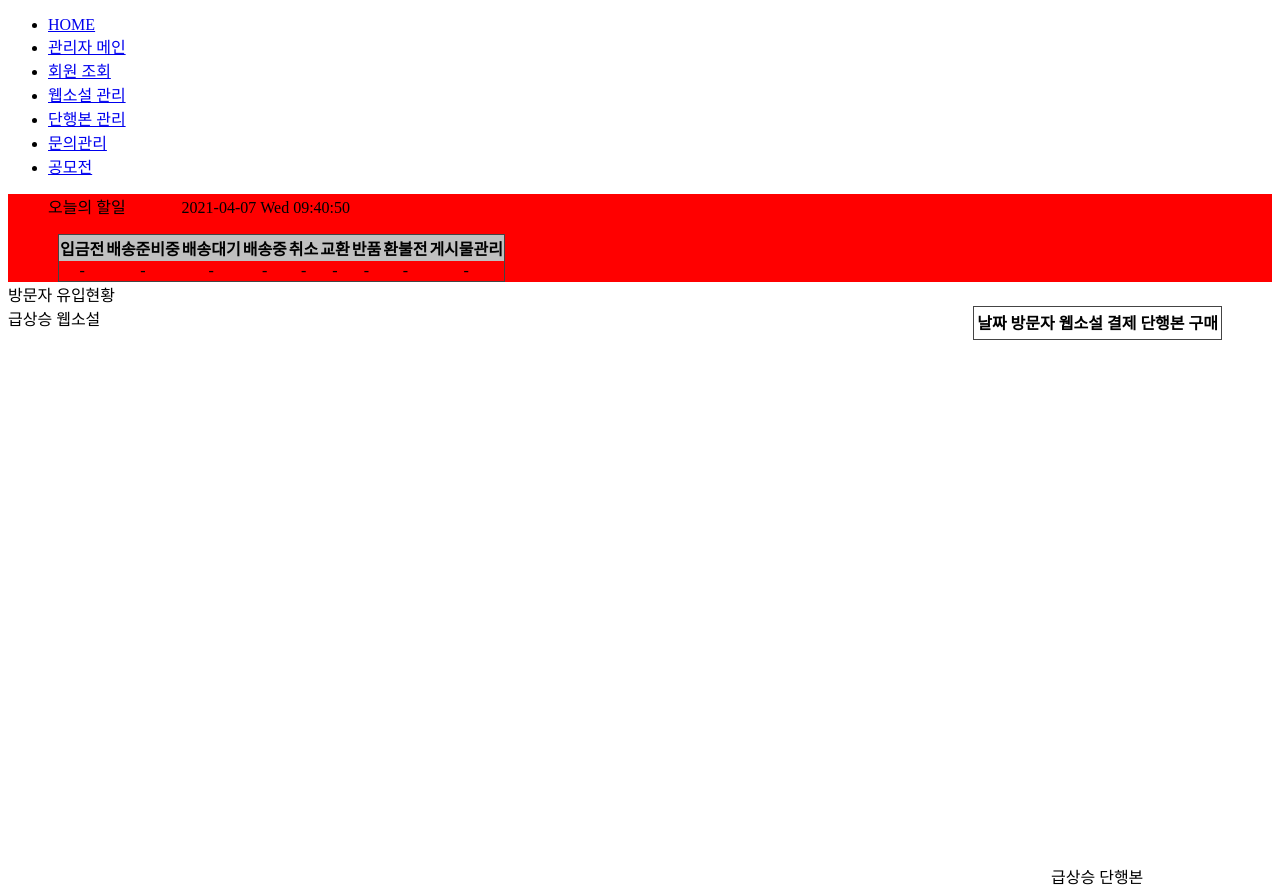
Repository: hoony0203/firstbook
Page: http://localhost/first_book/admin/main
These files come from the project's save history. The page is drawn as it stood at one moment and after the next save; the edit follows.
The browser window is 1280 px wide. The pictures show the whole page.
The page is served by Tomcat 9.

Above is the page before, as saved 2021-04-10 08:32:33.

After the next save:
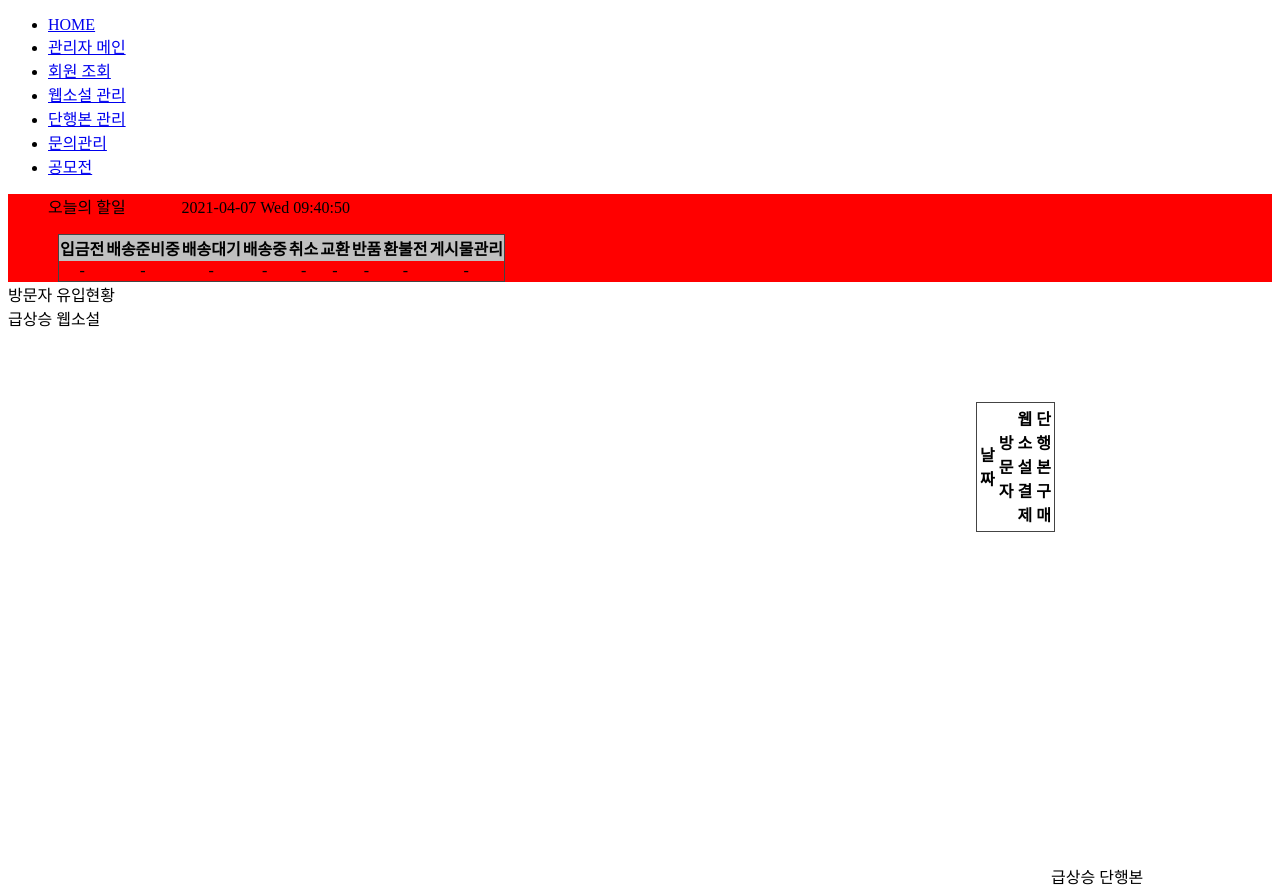
Saved 44 s later.
--- a/first_book/web/WEB-INF/views/admin/adminMain.jsp
+++ b/first_book/web/WEB-INF/views/admin/adminMain.jsp
@@ -14,6 +14,8 @@
 	#a1 { background-color: red; }
 	#a1 table { margin-left: 50px; text-align : center; border: 1px solid #444444; border-collapse: collapse; border-spacing: 0; border-spacing: 30px;}
 	#a1 table>thead { background-color: silver; }
+
+	#a3 {position: absolute; width: 32px; height: 20px; left: 1073px; top: 402px; }
 	#a3 table { float: right; margin-right: 50px; border: 1px solid #444444;}
 
 	#a5 { position : absolute; width: 121px; height: 23px; left: 1051px; top: 864px; }
